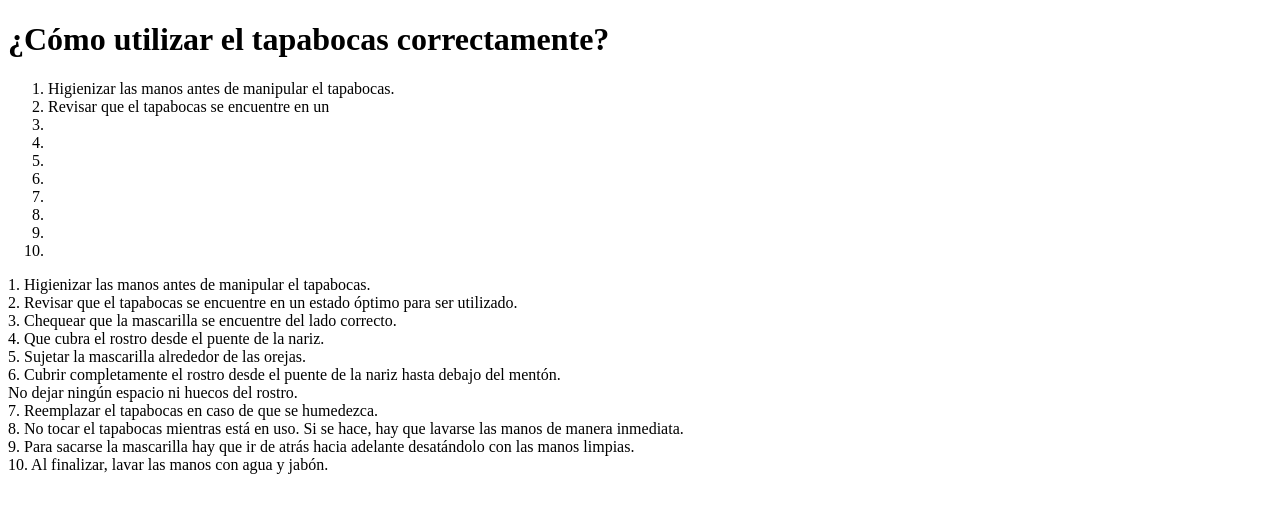
Repository: gustavomanfre/Curso_Front_End_Digitalers
Page: Unidad1/M1 - Laboratorio_01/index.html
An editor plug-in stored every save of this project. The page is shown before and after the next save, followed by the edit.
The browser window is 1280 px wide. The pictures show the whole page.

Above is the page before, as saved 2022-05-25 18:22:27.

After the next save:
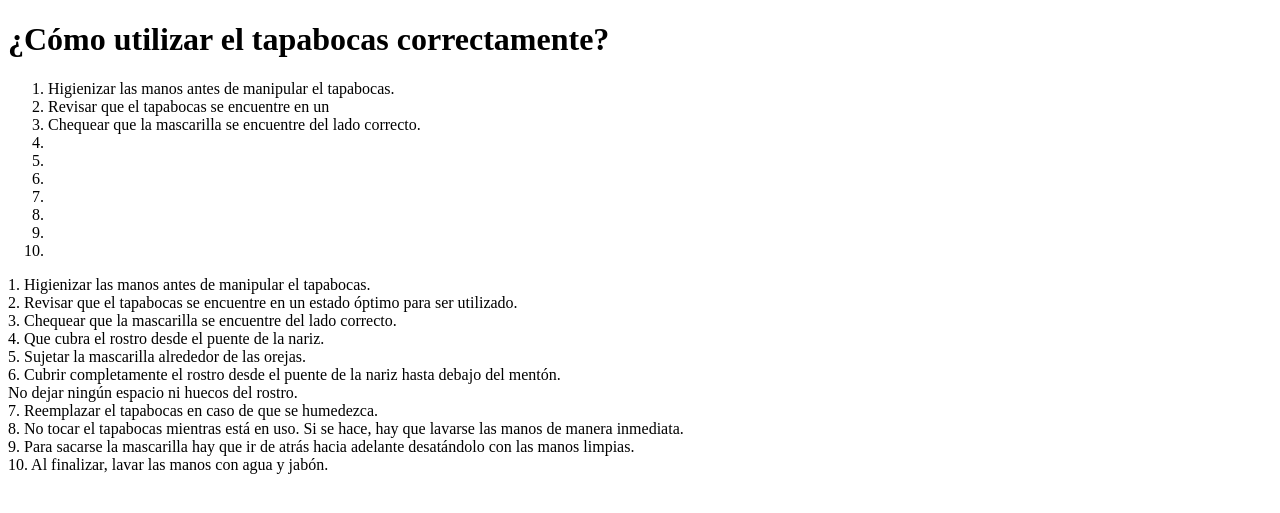
Saved 6 s later.
--- a/Unidad1/M1 - Laboratorio_01/index.html
+++ b/Unidad1/M1 - Laboratorio_01/index.html
@@ -13,7 +13,7 @@
         <ol>
             <li>Higienizar las manos antes de manipular el tapabocas.</li>
             <li>Revisar que el tapabocas se encuentre en un</li>
-            <li></li>
+            <li>Chequear que la mascarilla se encuentre del lado correcto.</li>
             <li></li>
             <li></li>
             <li></li>
